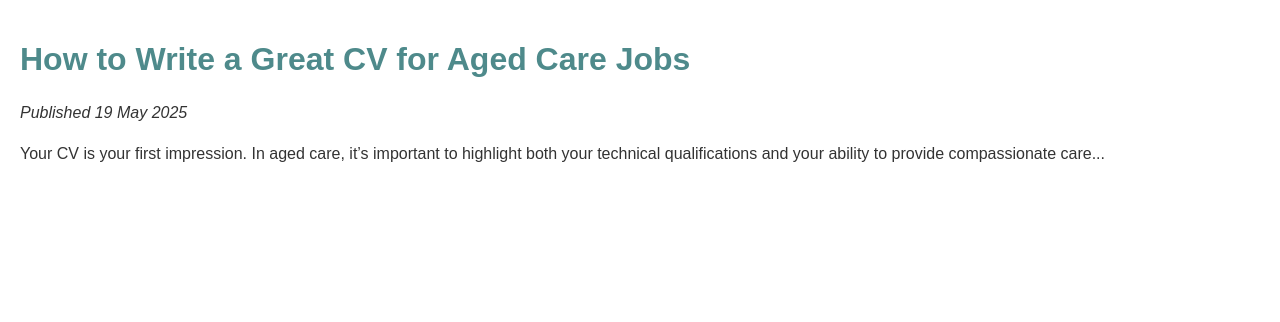
Repository: RichardCareJobs/find-care-jobs
Page: posts/how-to-write-a-care-cv.html
These files come from the project's save history. The page is drawn as it stood at one moment and after the next save; the edit follows.
The browser window is 1280 px wide. The pictures show the whole page.

Above is the page before, as saved 2025-05-19 21:34:04.
Console error: TypeError: Cannot set properties of null (setting 'innerHTML')

### posts/how-to-write-a-care-cv.html
<!DOCTYPE html>
<html lang="en">
<head>
  <meta charset="UTF-8">
  <title>How to Write a Great CV for Aged Care Jobs</title>
  <link rel="stylesheet" href="../styles.css">
</head>
<body>
  <div id="global-header"></div>

  <main class="content">
    <h1>How to Write a Great CV for Aged Care Jobs</h1>
    <p><em>Published 19 May 2025</em></p>

    <p>Your CV is your first impression. In aged care, it’s important to highlight both your technical qualifications and your ability to provide compassionate care...</p>
    <!-- Continue content -->
  </main>

  <div id="global-footer"></div>
  <script>
  // Load global header and footer
  fetch('header.html')
    .then(res => res.text())
    .then(data => document.getElementById('/global-header').innerHTML = data);

  fetch('footer.html')
    .then(res => res.text())
    .then(data => document.getElementById('/global-footer').innerHTML = data);
</script>
</body>
</html>

### styles.css
body {
    background-color: #ffffff; /* Warm Sand background for the whole page */
    font-family: Arial, sans-serif; /* Set a clean font */
    margin: 0;
    padding: 20px; /* Optional: adds padding to the content */
    color: #333; /* Dark text color for good contrast */
}



.hero-overlay h1,
.hero-overlay h2,
.hero-overlay h3,
.hero-overlay p,
.hero-overlay a {
  color: #fff;
}

/* ——— Header override to match Home page ——— */
header.header-container {
    position: fixed;
    top: 0; left: 0; width: 100vw;
    height: 80px;                 /* ↑ bigger bar like Home */
    padding: 10px 40px;           /* ↑ vertical + horizontal spacing */
    background-color: var(--primary-color);
    display: flex;
    align-items: center;
    justify-content: space-between;
    z-index: 1000;
    box-sizing: border-box;
  }

  /* Logo link must be white, not teal */
  .header-container .logo a {
    color: #fff;
    text-decoration: none;
    font-size: 1.2rem;
    font-weight: bold;
  }

  /* Nav links stay white on teal */
  .header-container .nav-links a {
    color: #fff;
  }

  .header-container .nav-links a:hover {
    color: var(--accent-color);
  }


/* New unified header container */
.header-container {
    display: flex;
    justify-content: space-between; /* Logo on left, nav/hamburger on right */
    align-items: center;
    padding: 0 20px;
    height: 80px; /* Adjust height as needed */
    background-color: #4E8A8B; /* Muted Teal for the header background */
    box-sizing: border-box;
    position: fixed; /* Keep header visible on scroll */
    top: 0;
    left: 0;
    width: 100%;
    z-index: 1000;
  }

  /* Logo styling (placeholder) */
  .logo {
    color: #fff;
    font-size: 1.2rem;
    font-weight: bold;
  }

  /* Desktop navigation links */
  .nav-links {
    display: flex;
    gap: 20px;
  }

  .nav-links a {
    color: #fff;
    text-decoration: none;
    font-size: 16px;
  }

  .nav-links a:hover {
    color: #FF6F61; /* Soft Coral on hover */
  }

  /* Hamburger menu icon – hidden on desktop */
  .hamburger-menu {
    display: none; /* Show only on mobile */
    color: #fff;
    font-size: 24px;
    cursor: pointer;
  }

  /* Mobile navigation menu – hidden by default */
  .mobile-nav {
    display: none;
    flex-direction: column;
    background-color: #4E8A8B;
    position: absolute;
    top: 60px; /* Immediately below the header */
    left: 0;
    width: 100%;
    box-sizing: border-box;
    z-index: 2000; /* Ensures mobile menu appears above other content */
  }
  /* Show mobile menu when .active is applied */
.mobile-nav.active {
  display: flex;
}


  .mobile-nav a {
    color: #fff;
    padding: 10px 20px;
    text-decoration: none;
    border-bottom: 1px solid #fff;
  }

  /* Media query: On screens 768px and below, hide desktop nav and show hamburger */
  @media (max-width: 768px) {
    .nav-links {
      display: none;
    }
    .hamburger-menu {
      display: block;
    }
  }

  /* For tablets and smaller screens */
@media (max-width: 768px) {
    /* Adjust font sizes, layout, etc. for tablet screens */
  }

  /* For mobile devices */
  @media (max-width: 480px) {
    /* Further adjustments for mobile screens */
  }

  @media (max-width: 768px) {
    .hero .search-bar {
      flex-direction: column;
      align-items: center;
      width: 100%;
    gap: 10px;
    }

    .hero .search-bar input[type="text"],
    .hero .search-bar button {
      width: 100%;
      max-width: 220px;
    }

    .hero .search-bar button {
      margin-top: 10px;
    }
  }


  /* Hero Section: set the background image, size, and positioning */
.hero {
    position: relative;
    background-image: url('images/fcj-hero-v1.png'); /* Replace with your image path */
    background-size: cover;
    background-position: center;
    height: 500px; /* Adjust height as needed */
    width: 100vw;  /* Use viewport width */
  margin-left: calc(-50vw + 50%);  /* Shift left to counteract body padding */
  color: #fff; /* This makes all text white */
    display: flex;
    align-items: center;
    justify-content: center;
  }

  /* Overlay for darkening the background and centering text */
  .hero-overlay {
    background: rgba(0, 0, 0, 0.5); /* Semi-transparent overlay for readability */
    width: 100%;
    height: 100%;
    display: flex;
    flex-direction: column;
    align-items: center;
    justify-content: center;
    color: #fff;
    text-align: center;
    padding: 0px;
    box-sizing: border-box;
  }

  /* Adjust the search bar for the hero section */
  .hero .search-bar {
    margin-top: 20px;
    display: flex;
    gap: 10px;
    justify-content: center;
  }

  .hero .search-bar input[type="text"] {
    padding: 10px;
    border-radius: 8px;
    border: none; /* Remove border for a cleaner look */
    font-size: 16px;
    width: 200px;
    max-width: 300px;
  }

  .hero .search-bar button {
    padding: 10px 20px;
    border-radius: 8px;
    background-color: var(--accent-color); /* Using your accent color variable */
    border: none;
    color: #fff;
    font-size: 16px;
    cursor: pointer;
  }

  .hero .search-bar button:hover {
    background-color: #FF6F61; /* Soft Coral on hover */
  }


/* Navigation menu styles */
header nav {
    display: flex;
    gap: 20px; /* Space between links */
}

header nav a {
    color: #fff; /* White color for the links */
    text-decoration: none;
    font-size: 16px;
}

header nav a:hover {
    color: #FF6F61; /* Soft Coral on hover */
}

/* Center the h1 title */
.header-middle h1 {
    font-size: 24px;
    color: #4E8A8B; /* Muted Teal for the title */
    margin: 0;
}

/* Search bar container styles */
.search-bar {
    display: flex;
    gap: 10px;
    justify-content: center; /* Center the search inputs and button */
    margin-top: 20px;
}

/* Styling for the search input fields */
.search-bar input[type="text"] {
    padding: 10px;
    border-radius: 8px; /* Rounded corners */
    border: 2px solid #A8E6CF; /* Light Mint border */
    font-size: 16px;
    width: 200px; /* Set a width for the input fields */
    max-width: 300px; /* Maximum width for better responsiveness */
}

.search-bar input[type="text"]:focus {
    outline: none;
    border-color: #FF6F61; /* Soft Coral border on focus */
}

/* Styling for the search button */
.search-bar button {
    padding: 10px 20px;
    border-radius: 8px; /* Rounded corners */
    background-color: #A8E6CF; /* Light Mint background */
    border: 2px solid #A8E6CF; /* Light Mint border */
    color: #fff;
    font-size: 16px;
    cursor: pointer; /* Pointer cursor on hover */
}

/* Button hover effect */
.search-bar button:hover {
    background-color: #FF6F61; /* Soft Coral on hover */
    border-color: #FF6F61; /* Change the border color on hover */
}


/* Job count text styling */
#job-count {
    text-align: center;
    font-size: 18px;
    color: #fff; /* Muted Teal color for consistency with the design */
    margin-top: 20px;
    font-weight: bold;
}

/* General styling for the filter section */
.filter-section {
    margin-bottom: 20px;
    display: flex;
    align-items: center;
    gap: 10px;
    font-family: 'Arial', sans-serif;
    font-size: 14px;
    color: #424242;
}

/* Style for the label */
.filter-section label {
    font-weight: bold;
    margin-right: 5px;
}

/* General styling for the filter section */
.filter-section {
    margin-top: 20px; /* Adds space between search and filter */
    font-family: 'Arial', sans-serif; /* Match font with the rest of the site */
    font-size: 16px; /* Adjust font size for better readability */
    color: #4E8A8B; /* Match the color with the rest of the site */
    display: flex; /* Use flexbox for horizontal alignment */
    justify-content: center; /* Center-align within the container */
    align-items: center; /* Align label and dropdown vertically */
    gap: 10px; /* Space between the label and dropdown */
}

/* Style for the dropdown */
.filter-section select {
    padding: 8px 12px;
    border: 1px solid #ccc;
    border-radius: 4px;
    background-color: #fff;
    font-size: 14px;
    color: #333; /* Match font color with the rest */
    cursor: pointer;
    transition: border-color 0.3s ease;
    width: 200px; /* Set a consistent width for the dropdown */
}

.filter-section select:hover {
    border-color: #0088d2; /* Match primary color */
}

.filter-section select:focus {
    outline: none;
    border-color: #fa9335; /* Match secondary color */
}

/* Label styling */
.filter-section label {
    font-weight: bold;
    margin-bottom: 0; /* Remove extra margin for better alignment */
}




/* Job listings container space */
.job-listings-container {
    margin: 0 auto;
    max-width: 1200px; /* or whatever width you prefer */
    padding: 20px;
    box-sizing: border-box;
  }




/* Job listings container to center the job cards */
.job-listings-container {
    display: flex;
    flex-direction: column;
    align-items: center; /* Center the job cards horizontally */
    gap: 20px; /* Add space between each job card */
    width: 100%;
}

/* Job card styles */
.job-cards {
    background-color: #fff;
    padding: 20px;
    border-radius: 8px;
    border: 2px solid #A8E6CF; /* Light Mint border around the job cards */
    box-shadow: 0 2px 5px rgba(0, 0, 0, 0.1);
    text-align: left; /* left align the text inside the job card */
    width: 100%; /* Ensure the job card takes up full width */
    max-width: 600px; /* Optional: set a max-width for better layout */
    margin: 0; /* Remove margin from individual cards */
}

/* Styling for the "Read More" buttons */
.job-cards .read-more {
    padding: 10px 20px;
    border-radius: 0px; /* Rounded corners */
    background-color: #A8E6CF; /* Light Mint background */
    border: 2px solid #A8E6CF; /* Light Mint border */
    color: #fff;
    font-size: 16px;
    cursor: pointer; /* Pointer cursor on hover */
    text-align: center; /* Center the text inside the button */
    display: inline-block; /* Ensure the button has correct inline behavior */
    margin-top: 10px; /* Add some space above the button */
}

/* Hover effect for the "Read More" button */
.job-cards .read-more:hover {
    background-color: #FF6F61; /* Soft Coral on hover */
    border-color: #FF6F61; /* Change the border color on hover */
}

/* Streamline job cards */
.job-listings-container {
    gap: 10px;              /* was 20px – bring cards closer together */
  }

  .job-cards {
    padding: 12px;          /* was 20px – less “air” inside each card */
    border-radius: 0px;     /* optional: slightly tighter corners */
  }

  .job-cards h3 {
    margin-top: 8px;        /* was 1rem – bring title closer to top badge/logo */
    margin-bottom: 8px;     /* was default – tighten space before body text */
  }

  .job-cards p {
    margin-bottom: 5px;     /* was 1em – less space under each paragraph */
  }

  .job-cards .read-more {
    padding: 6px 12px;      /* was 10px 20px – smaller button */
    font-size: 0.9rem;      /* slightly smaller text */
    margin-top: 8px;        /* was 10px – reduce gap above button */
  }



/* Base styles for sponsored jobs */
.job-cards.sponsored {
    border: 3px solid #FF6F61; /* Thicker border for sponsored jobs */
    padding: 20px; /* Add more padding to create space */
    background-color: #F5F5F5; /* Light background for sponsored jobs */
    position: relative;
    margin: 10px; /* Add some space between job cards */
}

/* Employer logo positioning (top right) */
.job-cards.sponsored .employer-logo {
    position: absolute;
    top: 15px; /* Adjusted to move the logo further down */
    right: 15px; /* Adjusted to move the logo further to the right */
    width: 70px; /* Increased size of the logo */
    height: auto;
}

/* Title adjustment if logo is displayed */
.job-cards.sponsored h3 {
    margin-top: 30px; /* Increased space between badge and job title */
    margin-right: 90px; /* Adjust header text position if logo is displayed */
}

/* Sponsored job categories */
.job-cards.sponsored.top-job {
    border-color: #2196F3; /* Top Job with coral border */
}

.job-cards.sponsored.featured-job {
    border-color: #FFC107; /* Featured Job with gold border */
}

.job-cards.sponsored.urgent-job {
    border-color: #F44336; /* Urgent Job with orange-red border */
}

.job-cards.sponsored.popular-job {
    border-color: #4CAF50; /* Popular Job with lime green border */
}


.job-cards.sponsored .badge {
  position: relative;
  top: 10px;
  left: 10px;

  /* allow text to show */
  display: inline-block;
  padding: 4px 8px;
  min-width: 40px;
  height: auto;      /* remove the fixed height */
  background-color: #FF6F61; /* Soft Coral for badge background */
  color: #fff;
  font-size: 0.75rem;
  border-radius: 3px;
  text-transform: uppercase;
  white-space: nowrap;
}

/* category-specific overrides */
.job-cards.sponsored.top-job .badge       { background: #FF6F61; }
.job-cards.sponsored.featured-job .badge { background: #FFD700; }
.job-cards.sponsored.urgent-job .badge   { background: #E60000; }
.job-cards.sponsored.popular-job .badge  { background: #00B300; }


/* Styling for the badge */
.job-cards.sponsored.top-job .badge {
    background-color: #2196F3; /* Top Job Badge */
}

.job-cards.sponsored.featured-job .badge {
    background-color: #FFC107; /* Featured Job Badge */
}

.job-cards.sponsored.urgent-job .badge {
    background-color: #F44336; /* Urgent Job Badge */
}

.job-cards.sponsored.popular-job .badge {
    background-color: #4CAF50; /* Popular Job Badge */
}


.global-footer {
    background-color: #4E8A8B; /* Footer color */
    color: white;
    padding: 20px;
    text-align: center;
    width: 100vw; /* Viewport width */
    position: relative; /* Ensure it stays within normal document flow */
    left: 50%; /* Offset for centering */
    transform: translateX(-50%); /* Center align the footer */
    box-sizing: border-box; /* Include padding within width */
    margin: 0; /* Remove any margin */
}




.global-footer nav {
    display: flex;
    justify-content: center;
    gap: 20px; /* Space between footer links */
}

.global-footer a {
    color: white;
    text-decoration: none;
    font-size: 16px;
}

.global-footer a:hover {
    color: #FF6F61; /* Soft Coral on hover, matching header link styling */
}



.page-content {
    display: flex;
    align-items: flex-start; /* Align items to the top */
    gap: 20px; /* Space between image and text */
}

.image-placeholder {
    flex: 0 0 300px; /* Fixed width for the image container */
}

.image-placeholder img {
    width: 100%; /* Image takes full width of its container */
    height: auto;
    border-radius: 5px; /* Optional rounded corners */
    padding: 5px; /* Padding around the image for spacing */
    background-color: #f0f0f0; /* Optional: background color for the image */
}

.text-content {
    flex: 1; /* Take remaining space */
    max-width: 600px; /* Limit text width for readability */
}



/* Root-level variables for colors, fonts, and font sizes */
:root {
    --primary-color: #4E8A8B;
    --accent-color: #FF6F61;
    --text-color: #333333;
    --background-color: #F1E2C6;
    --font-family: Arial, sans-serif;
    --font-size-h1: 32px; /* You can adjust this size as needed */
    --font-size-large: 24px;
    --font-size-base: 16px;
    --font-size-small: 14px;
}

header.header-container {
    position: fixed;
    top: 0;
    left: 0;
    width: 100vw;             /* span the entire viewport */
    height: var(--header-height);
    background-color: var(--primary-color);
    display: flex;
    align-items: center;
    justify-content: space-between;
    padding: 0 20px;          /* no vertical padding, just left/right */
    z-index: 1000;
    box-sizing: border-box;
  }


/* Apply global font and color styles */
html {
    margin: 0;
    padding: 0;
    box-sizing: border-box;
}

body {
    margin: 0;
    padding: 20px;
    font-family: var(--font-family);
    font-size: var(--font-size-base);
    color: var(--text-color);
}


/* Heading styles */
h1 {
    font-size: var(--font-size-h1);
    color: var(--primary-color);
    font-weight: bold;
}

h2 {
    font-size: 1.5em; /* This will scale with base font size */
    color: var(--primary-color);
    font-weight: bold;
}


h3, h4, h5, h6 {
    color: var(--primary-color);
}

/* Paragraph and link styles */
p {
    font-size: var(--font-size-base);
    line-height: 1.6;
    margin: 0 0 1em;
}

a {
    color: var(--primary-color);
    text-decoration: none;
}

a:hover {
    color: var(--accent-color);
    text-decoration: underline;
}

/* Button styling */
button {
    font-size: var(--font-size-base);
    color: #fff;
    background-color: var(--primary-color);
    border: none;
    padding: 10px 20px;
    border-radius: 5px;
    cursor: pointer;
}

button:hover {
    background-color: var(--accent-color);
}

/* ——— General See-All button styling ——— */
.see-all-button {
  display: inline-block;
  padding: 0.6rem 1.2rem;
  background-color: #0088d2;    /* or your brand primary */
  color: #fff;
  border: none;
  border-radius: 4px;
  font-size: 1rem;
  cursor: pointer;
  text-align: center;
  margin: 1rem 0;
}

/* ——— Center & Span full width on just those sector pages ——— */
body[data-sector="Aged Care"]   #job-listings .see-all-button,
body[data-sector="Disability Support"] #job-listings .see-all-button {
  grid-column: 1 / -1;      /* span both columns */
  justify-self: center;     /* then center within that span */
}



/* ——— Sector Page 2×2 Grid for Top 4 Sponsored Jobs ——— */
body[data-sector="Aged Care"] #job-listings,
body[data-sector="Disability Support"] #job-listings {
  display: grid;
  grid-template-columns: repeat(2, 1fr);
  grid-auto-rows: auto;
  gap: 1rem;
}

body[data-sector="Aged Care"] #job-listings .see-all-link,
body[data-sector="Disability Support"] #job-listings .see-all-link {
  grid-column: 1 / -1;
  text-align: center;
  margin-top: 1rem;
  font-weight: bold;
}

.advice-listing {
  display: flex;
  flex-direction: column;
  gap: 1.5rem;
  padding: 1rem 0;
}

### header.html
<header>
    <div class="header-container">

      <div class="logo"><img src="images/FCJ-Logo-Horizontal.png" height="60px" width="200px"></div>

      <!-- favicon -->
<link rel="icon" type="image/png" sizes="96x96" href="/favicon-96x96.png" />
<link rel="icon" type="image/svg+xml"       href="/favicon.svg"          />
<link rel="shortcut icon"                    href="/favicon.ico"          />
<link rel="apple-touch-icon" sizes="180x180" href="/apple-touch-icon.png" />
<meta name="apple-mobile-web-app-title" content="Find Care Jobs" />
<link rel="manifest"                         href="/site.webmanifest"     />


      <!-- Normal Nav Links (Desktop) -->
      <nav class="nav-links">
        <a href="index.html">Home</a>
        <a href="about.html">About</a>
        <a href="aged-care-jobs.html">Aged Care Jobs</a>
        <a href="disability-support-jobs.html">Disability Support Jobs</a>
        <a href="advice.html">Find Care Jobs Advice</a>

      </nav>

      <!-- Hamburger Icon (Mobile) -->
      <div class="hamburger-menu" id="hamburger-menu">
        &#9776; <!-- A simple Unicode hamburger icon -->
      </div>
    </div>

    <!-- Collapsible Menu (Mobile) -->
    <nav class="mobile-nav" id="mobile-nav">
      <a href="about.html">About</a>
      <a href="aged-care-jobs.html">Aged Care Jobs</a>
      <a href="disability-support-jobs.html">Disability Support Jobs</a>
      <a href="advice.html">Find Care Jobs Advice</a>

    </nav>
  </header>

### footer.html
<footer class="global-footer">
    <p>&copy; 2024 Find Care Jobs. All rights reserved.</p>
    <nav>
        <a href="/about">About Us</a> |

        <a href="/privacy">Privacy Policy</a>
    </nav>
</footer>

After the next save:
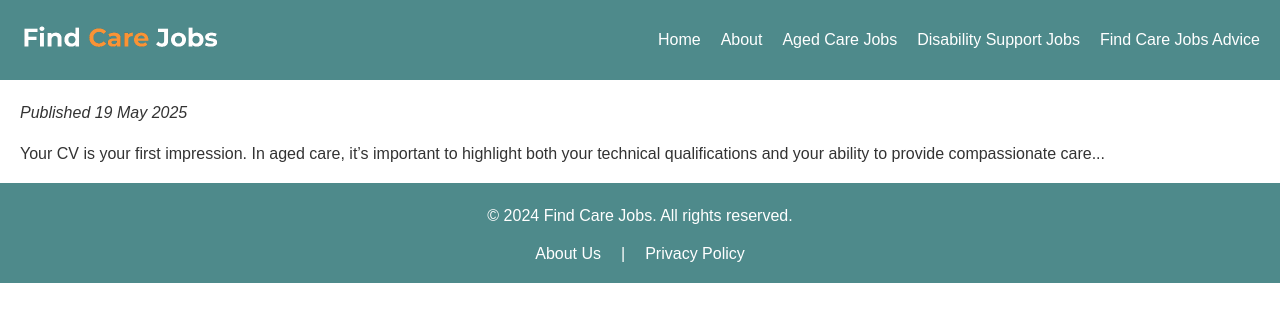
The error is gone.
Saved 61 s later.
--- a/posts/how-to-write-a-care-cv.html
+++ b/posts/how-to-write-a-care-cv.html
@@ -18,14 +18,15 @@
 
   <div id="global-footer"></div>
   <script>
+
   // Load global header and footer
   fetch('header.html')
     .then(res => res.text())
-    .then(data => document.getElementById('/global-header').innerHTML = data);
+    .then(data => document.getElementById('global-header').innerHTML = data);
 
   fetch('footer.html')
     .then(res => res.text())
-    .then(data => document.getElementById('/global-footer').innerHTML = data);
+    .then(data => document.getElementById('global-footer').innerHTML = data);
 </script>
 </body>
 </html>
